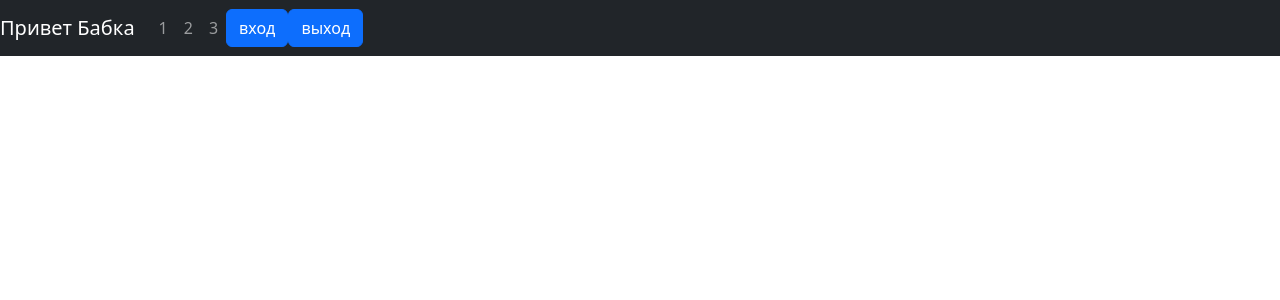
Repository: fitagdinov/MIRA
Page: / (app in front/)
These files come from the project's save history. The page is drawn as it stood at one moment and after the next save; the edit follows.
The browser window is 1280 px wide. The pictures show the whole page.
The project was rebuilt for these pictures with package versions that can differ from the ones it lists, and the page was loaded fresh each time.

Above is the page before, as saved 2023-05-21 15:29:07.

### front/src/App.js
import Navibar from "./components/Navibar";
import React from "react";
import 'bootstrap/dist/css/bootstrap.min.css';
function App() {
  return (
    <>
      <Navibar/>
    </>
  );
}

export default App;

### front/src/components/Navibar.js
import React from "react";
import {Navbar, Button, Nav} from 'react-bootstrap'


export default function Navibar (){
    return(
    <>
        <Navbar collapseOnSelect expand='lg' bg='dark' variant="dark">
            <Navbar.Brand>Привет Бабка</Navbar.Brand>
            <Navbar.Toggle aria-controls="responsive-navbar-nav"/>
            <Navbar.Collapse id="mr-auto">
                <Nav className='mr-auto'>
                    <Nav.Link>1</Nav.Link>
                    <Nav.Link>2</Nav.Link>
                    <Nav.Link>3</Nav.Link>
                </Nav>
                <Nav>
                    <Button variant="primary" className="mr-2">вход</Button>
                    <Button variant="primary">выход</Button>
                </Nav>
            </Navbar.Collapse>
        </Navbar>
    </>
    )
}

Loaded but not shown: front/public/index.html (common file); front/src/index.js (common file); front/src/index.css (common file)

After the next save:
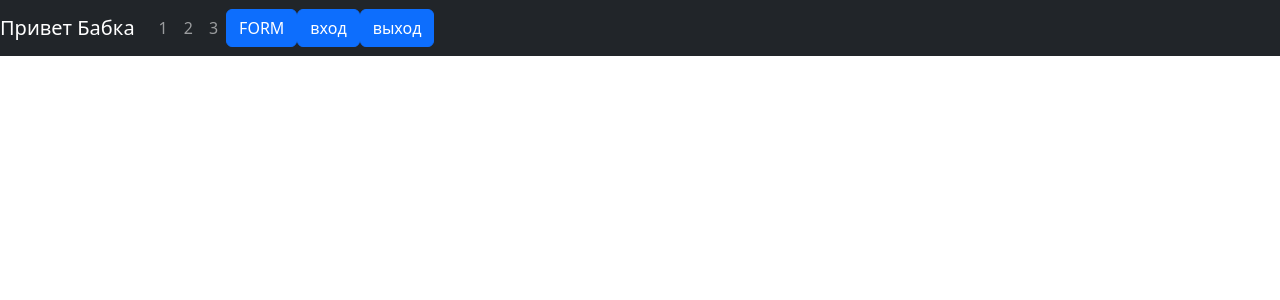
Saved 49 min 52 s later.
--- a/front/src/components/Navibar.js
+++ b/front/src/components/Navibar.js
@@ -8,13 +8,14 @@ export default function Navibar (){
         <Navbar collapseOnSelect expand='lg' bg='dark' variant="dark">
             <Navbar.Brand>Привет Бабка</Navbar.Brand>
             <Navbar.Toggle aria-controls="responsive-navbar-nav"/>
-            <Navbar.Collapse id="mr-auto">
+            <Navbar.Collapse id="responsive-navbar-nav">
                 <Nav className='mr-auto'>
                     <Nav.Link>1</Nav.Link>
                     <Nav.Link>2</Nav.Link>
                     <Nav.Link>3</Nav.Link>
                 </Nav>
                 <Nav>
+                    <Button variant="primary" className="mr-2">FORM</Button>
                     <Button variant="primary" className="mr-2">вход</Button>
                     <Button variant="primary">выход</Button>
                 </Nav>
